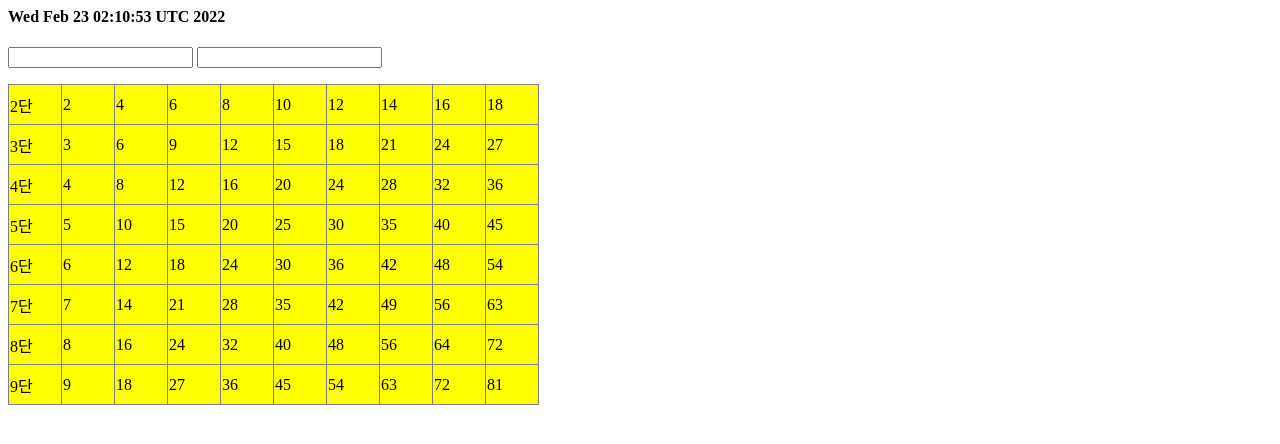
Repository: JavaJin96/kr.or.ddit.WebApp
Page: http://localhost/webStudy01/model2/gugudan.do
The author's editor kept a copy of each file at every save. The page is drawn from the files as they stood at one save, then again after the next save.
The browser window is 1280 px wide. The pictures show the whole page.
The page is served by Tomcat 9.

Above is the page before, as saved 2022-02-28 03:11:04.

After the next save:
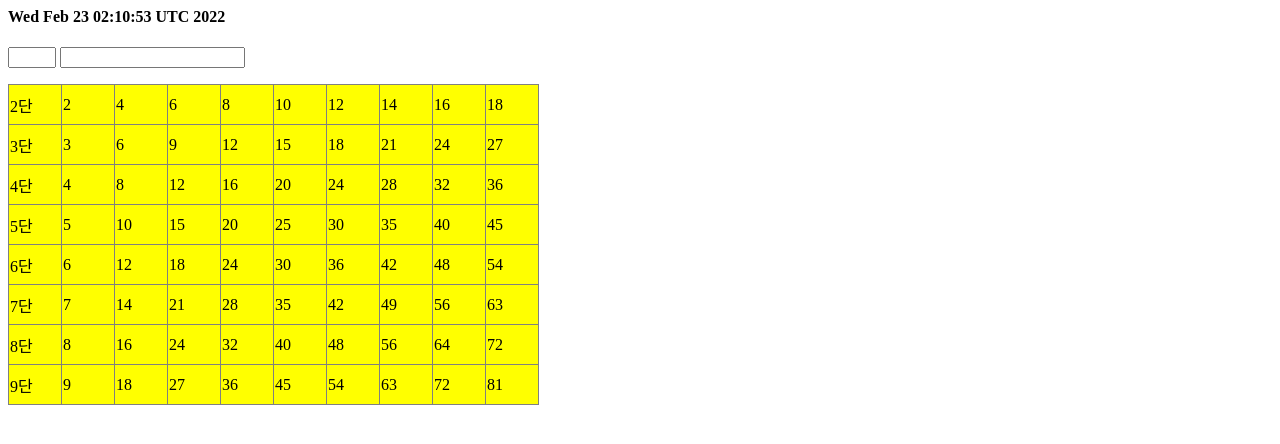
Saved 26 s later.
--- a/6.JspSpring/workspace/webStudy01/webapp/WEB-INF/views/gugudan.jsp
+++ b/6.JspSpring/workspace/webStudy01/webapp/WEB-INF/views/gugudan.jsp
@@ -15,7 +15,7 @@
 <body>
 	<h4><%=request.getAttribute("now")%></h4>
 	<form>
-		<input type="number" name="minDan">
+		<input type="number" name="minDan" min="2" max="9">
 		<input type="number" name="maxDan">
 	</form>
 	<table border="1">
